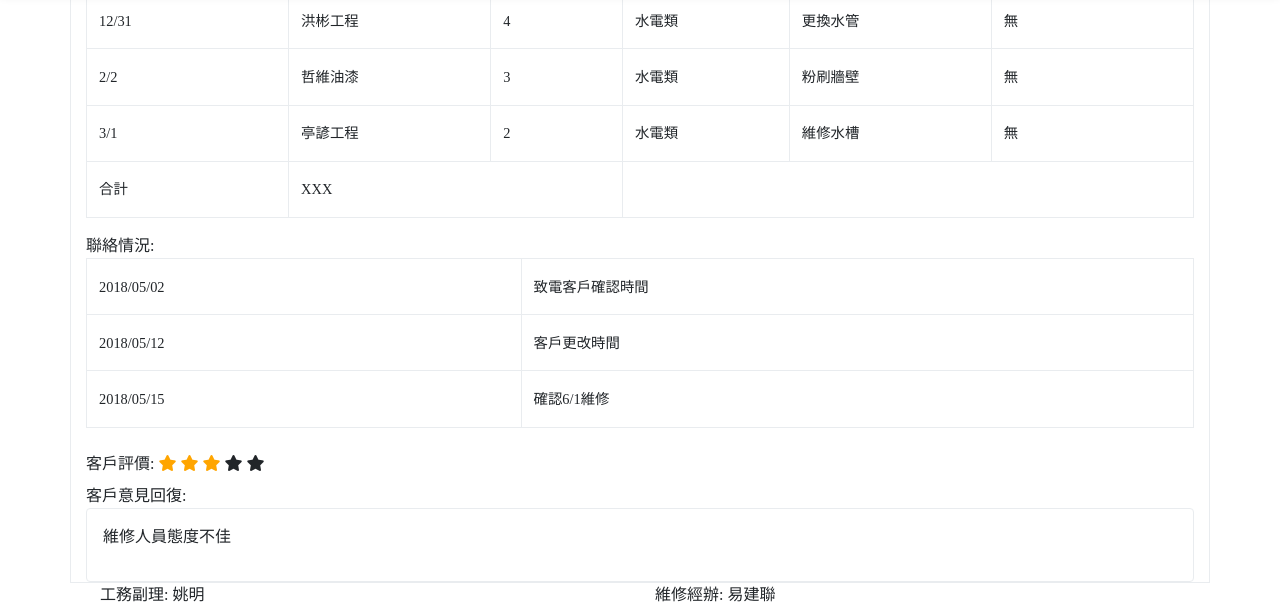
Repository: daniel888808/106hyl
Page: pc/MDB Pro1/casefinal.html
The author's editor kept a record of every edit. The page is drawn from the files as they stood at one moment, then again after the next edit.
The browser window is 1280 px wide. The pictures show the part of the page from y = 333 to 1007 px (the page is 940 px tall before and 1007 px after).
A picture or video elsewhere on the page could not be fetched, so the positions and the page height are approximate. Some web libraries are served in a nearby version.

Above is the page before.
Console error: TypeError: Cannot read properties of null (reading 'classList')
Not found: pc/MDB Pro1/css/indexpage.css

### pc/MDB Pro1/casefinal.html
<!DOCTYPE html>
<html lang="en">

<head>
    <meta charset="utf-8">
    <meta name="viewport" content="width=device-width, initial-scale=1, shrink-to-fit=no">
    <meta http-equiv="x-ua-compatible" content="ie=edge">
    <title>華友聯index</title>
    <!-- Font Awesome -->
    <link rel="stylesheet" href="https://maxcdn.bootstrapcdn.com/font-awesome/4.7.0/css/font-awesome.min.css">
    <!-- Bootstrap core CSS -->
    <link href="css/bootstrap.min.css" rel="stylesheet">
    <!-- Material Design Bootstrap -->
    <link href="css/mdb.min.css" rel="stylesheet">
    <!-- Your custom styles (optional) -->
    <link href="css/style.css" rel="stylesheet">
    <link href="css/star.css" rel="stylesheet">
    <link href="css/indexpage.css" rel="stylesheet">
</head>

<body>
    <header>
        <nav class="navbar navbar-expand-lg navbar-dark bg-dark flex w-100 z-index999">
            <a class="navbar-brand" href="E_manage.html"><img src="http://www.huayulien.com/wp-content/uploads/2015/04/H-logo-e1429491876768.png" class="img-fluid flex-center"></a>

            <ul class="navbar-nav nav-flex-icons mr-auto">

                <li class="nav-item">
                    <a href="All_manage.html" class="nav-link">
                        <p class="white-text">使用者管理</p>
                    </a>
                </li>

                <li class="nav-item ">
                    <a href="C_manage.html" class="nav-link">
                        <p class="white-text">案件管理</p>
                    </a>
                </li>

                <li class="nav-item ">
                    <a href="RC_manage.html" class="nav-link">
                        <p class="white-text">廠商管理</p>
                    </a>
                </li>

                <li class="nav-item ">
                    <a href="Com_manage.html" class="nav-link">
                        <p class="white-text">建案管理</p>
                    </a>
                </li>
            </ul>


            <ul class="navbar-nav nav-flex-icons ml-auto">
                <li class="dropdown ">
                    <a class="nav-link dropdown-toggle " href="#" id="navbarDropdownMenuLink" data-toggle="dropdown" aria-haspopup="true" aria-expanded="false">
                        <i class="fa fa-bell white-text fa-10x mt-1" aria-hidden="true"></i>
                    </a>
                    <div class="dropdown-menu dropdown-menu-right mt-2" aria-labelledby="navbarDropdownMenuLink">
                        <a class="dropdown-item" href="case.html">編號:B123456----案件已逾期</a>
                        <a class="dropdown-item" href="case.html">編號:C983147----案件已逾期</a>
                        <a class="dropdown-item" href="case.html">編號:F373991----案件已逾期</a>
                    </div>
                </li>



                <li class="dropdown">
                    <a class="nav-link dropdown-toggle" href="#" id="navbarDropdownMenuLink" data-toggle="dropdown" aria-haspopup="true" aria-expanded="false">
                        <i class="fa fa-user-circle fa-2x white-text" aria-hidden="true"></i>
                    </a>
                    <div class="dropdown-menu dropdown-menu-right mt-2" aria-labelledby="navbarDropdownMenuLink">
                        <a class="dropdown-item" href="#">登出</a>
                    </div>
                </li>
            </ul>

        </nav>
    </header>
    <div class="container " style="padding-top:75px">
        <div class="row border boxShadow mt-4">
            <div class="col-12">
                <div class="row">
                    <div class="col-4">
                        <span>案名: JIA</span>
                    </div>
                    <div class="col-4">
                        <span></span>
                    </div>
                    <div class="col-4">
                        <span>編號: 1070001</span>
                    </div>
                </div>
            </div>
            <div class="col-12">
                <div class="row">
                    <div class="col-4">
                        <span>受理日期:</span>
                        <span>2017/01/02</span>
                    </div>
                    <div class="col-4">
                        <span>完成日期:</span>
                        <span>2017/01/30</span>
                    </div>
                    <div class="col-4">
                        <span>保固期限:</span>
                        <span>2017/05/02</span>
                    </div>
                </div>
            </div>
            <div class="col-12">
                <div class="row">
                    <div class="col-4">
                        <span>戶號: A5-2</span>
                    </div>
                    <div class="col-4">
                        <span>客戶名稱: 高先生</span>
                    </div>
                    <div class="col-4">
                        <span>聯絡人: 高先生</span>
                    </div>
                </div>
            </div>
            <div class="col-12">
                <div class="row">
                    <div class="col-4">
                        <span>電話: 735-4496</span>
                    </div>
                    <div class="col-4">

                    </div>
                    <div class="col-4">
                        <span>維修類型:水電類</span>
                    </div>
                </div>
            </div>
            <div class="col-12">
                <div class="row">
                    <div class="col-12">
                        <span>地址: 高雄市中華路132號</span>
                    </div>
                </div>
            </div>
            <div class="col-12">
                <div class="row">
                    <div class="col-6">
                        <span>維修項目:</span>
                    </div>
                    <div class="col-6">
                        <span>原因:</span>
                    </div>
                </div>
            </div>
            <div class="col-12">
                <div class="row">
                    <div class="col-1">
                        <span></span>
                    </div>
                    <div class="col-5">
                        <span>大門下垂</span>
                    </div>
                    <div class="col-1">
                        <span></span>
                    </div>
                    <div class="col-5">
                        <span>老舊</span>
                    </div>
                </div>
            </div>
            <div class="col-12">
                <table class="table table-bordered">
                    <thead>
                        <tr>
                            <th class="font30">施工日期</th>
                            <th class="font30">施工廠商</th>
                            <th class="font30">工時</th>
                            <th class="font30">類別</th>
                            <th class="font30">維修內容</th>
                            <th class="font30">維修進度</th>
                        </tr>
                    </thead>
                    <tbody>
                        <tr>
                            <th class="font30" scope="row">12/31</th>
                            <td class="font30">洪彬工程</td>
                            <td class="font30">4</td>
                            <td class="font30">水電類</td>
                            <td class="font30">更換水管</td>
                            <td class="font30">無</td>
                        </tr>
                        <tr>
                            <th class="font30" scope="row">2/2</th>
                            <td class="font30">哲維油漆</td>
                            <td class="font30">3</td>
                            <td class="font30">水電類</td>
                            <td class="font30">粉刷牆壁</td>
                            <td class="font30">無</td>
                        </tr>
                        <tr>
                            <th class="font30" scope="row">3/1</th>
                            <td class="font30">亭諺工程</td>
                            <td class="font30">2</td>
                            <td class="font30">水電類</td>
                            <td class="font30">維修水槽</td>
                            <td class="font30">無</td>
                        </tr>
                        <tr>
                            <th class="font30" scope="row" colsoan="3">合計</th>
                            <td class="font30" colspan="2">XXX</td>
                        </tr>
                    </tbody>
                    <!--Table body-->
                </table>
            </div>
            <div class="col-12 ">
                <div class="row">
                    <div class="col-12">
                        <span>聯絡情況:</span>
                    </div>
                    <div class="col-12">
                        <table class="table table-bordered">
                            <tr>
                                <th class="font30">2018/05/02</th>
                                <th class="font30">致電客戶確認時間</th>
                            </tr>
                            <tr>
                                <th class="font30">2018/05/12</th>
                                <th class="font30">客戶更改時間</th>
                            </tr>
                            <tr>
                                <th class="font30">2018/05/15</th>
                                <th class="font30">確認6/1維修</th>
                            </tr>
                        </table>
                    </div>
                </div>
            </div>
            <div class="col-12 mt-2 ">
                客戶評價:
                <!--沒辦法就暫時用這個簡單版的 -->
                <span class="fa fa-star checked"></span>
                <span class="fa fa-star checked"></span>
                <span class="fa fa-star checked"></span>
                <span class="fa fa-star"></span>
                <span class="fa fa-star"></span>
                <!--沒辦法就暫時用這個簡單版的 -->
            </div>
            <div class="col-12 mt-2 ">
                客戶意見回復:
                <div class="col-12 border boxShadow rounded p-3">
                    <p class="font30">維修人員態度不佳</p>
                </div>
            </div>
        </div>
        <div class="col-12">
            <div class="row">
                <div class="col-6">
                    <span>工務副理: 姚明</span>
                </div>
                <div class="col-6">
                    <span>維修經辦: 易建聯</span>
                </div>
            </div>
        </div>
    </div>


    <!-- SCRIPTS -->
    <!-- JQuery -->
    <script type="text/javascript" src="js/jquery-3.2.1.min.js"></script>
    <!-- Bootstrap tooltips -->
    <script type="text/javascript" src="js/popper.min.js"></script>
    <!-- Bootstrap core JavaScript -->
    <script type="text/javascript" src="js/bootstrap.min.js"></script>
    <!-- MDB core JavaScript -->
    <script type="text/javascript" src="js/mdb.min.js"></script>
    <script>
    </script>


    <script>
        // SideNav Button Initialization
        $(".button-collapse").sideNav();
        // SideNav Scrollbar Initialization
        var sideNavScrollbar = document.querySelector('.custom-scrollbar');
        Ps.initialize(sideNavScrollbar);
        // SideNav Options>
        $(function() {
            $('#myTab a:last').tab('show')
        });
        $(function() {
            $('#myTab a:last').tab('show')
        });

        $(document).ready(function() {
            $('.mdb-select').material_select();
        });
    </script>


</body>

</html>

### pc/MDB Pro1/css/style.css
body,
html {
    font-family: 微軟正黑體 Ariel;
}


textarea {
    resize: none;
}

.col-5.mt-2.p-4,
.border.boxShadow.position-fixed.py-3.px-4,
.border.position-fixed.rounded,
.col-md-4.col-lg-4.mt-2.p-4 {
    box-shadow: 0px 0px 20px #2b282823;
}

.col-5.boxShadow.mt-2.p-4 h1 {
    font-weight: 600;
}

.bold {
    font-weight: 900;
}

label {
    font-weight: bold;
}

.tableBorder {
    border: solid 1px #dadee5;
    border-left: none;
}

.tableWhite {
    border: solid 2px #FFF;
}

.rounded {
    border-radius: 20px;
}

.navbar.fixed-top.navbar-toggleable-md {
    max-height: 75px;
}

.maxHeight {
    min-Height: calc(100vh - 75px);
}

.w-200 {
    width: 200px;
}

.flex {
    position: fixed;
}

.none {
    list-style-type: none;
}

a.waves-effect.pl-3.py-2 {
    color: white;
}

a.waves-effect.pl-3.py-2:hover {
    background-color: #222;
    color: #C0C0C0;
    border: 1px solid white;
}

.borderB {
    border-bottom: 2px solid #C0C0C0;
    box-shadow: 0px 5px 10px #C0C0C0;
}

.z-index999 {
    z-index: 999;
}

.top-75 {
    top: 75px;
}

.overflow1 {
    overflow-x: scroll;
    overflow-x: hidden;
    height: 30px;
}

.overFlow2 {
    overflow-x: scroll;
    overflow-x: hidden;
    height: 70vh;
}

.w-90 {
    width: 90%;
}
.w-5 {
    width: 5%;
}
.w-8 {
    width: 10%;
}
.w-10 {
    width: 10%;
}

.w-14 {
    width: 14%;
}

.w-15 {
    width: 15%;
}
.w-16{
    width:16%;
}
.w-17{
    width:17%;
}
.w-18{
    width:18%;
}
.w-20 {
    width: 20%;
}

.w-23 {
    width: 23%;
}

.w-24 {
    width: 24%;
}

.w-27 {
    width: 27%;
}

.dropdown-toggle::after {
    display: none;
}

.fa-10x {
    font-size: 22px;
}

### pc/MDB Pro1/css/star.css
@import url(//netdna.bootstrapcdn.com/font-awesome/3.2.1/css/font-awesome.css);

fieldset,
label {
    margin: 0;
    padding: 0;
}


/****** Style Star Rating Widget *****/

.rating {
    border: none;
    float: left;
}

.rating>input {
    display: none;
}

.rating>label:before {
    margin: 5px;
    font-size: 1.25em;
    font-family: FontAwesome;
    display: inline-block;
    content: "\f005";
}

.rating>.half:before {
    content: "\f089";
    position: absolute;
}

.rating>label {
    color: #ddd;
    float: right;
}

/***** CSS Magic to Highlight Stars on Hover *****/

.rating>input:checked~label,
/* show gold star when clicked */

.rating:not(:checked)>label:hover,
/* hover current star */

.rating:not(:checked)>label:hover~label {
    color: #FFD700;
}

/* hover previous stars in list */

.rating>input:checked+label:hover,
/* hover current star when changing rating */

.rating>input:checked~label:hover,
.rating>label:hover~input:checked~label,
/* lighten current selection */

.rating>input:checked~label:hover~label {
    color: #FFED85;
}







/* 簡單版的*/

.checked {
    color: orange;
}

/* 簡單版的*/

Loaded but not shown: pc/MDB Pro1/css/bootstrap.min.css (library); pc/MDB Pro1/css/mdb.min.css (library); pc/MDB Pro1/js/jquery-3.2.1.min.js (library); pc/MDB Pro1/js/popper.min.js (library); pc/MDB Pro1/js/bootstrap.min.js (library); pc/MDB Pro1/js/mdb.min.js (library)

After the next edit:
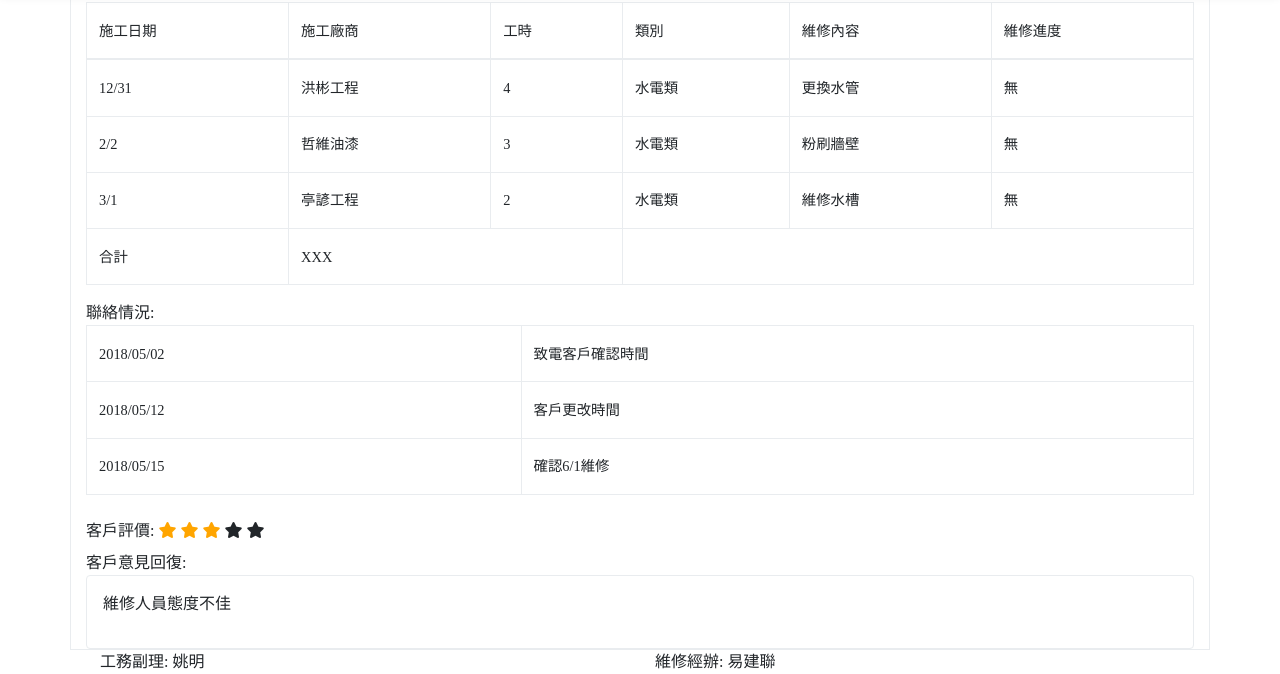
The edit:
--- a/pc/MDB Pro1/casefinal.html
+++ b/pc/MDB Pro1/casefinal.html
@@ -143,27 +143,22 @@
             </div>
             <div class="col-12">
                 <div class="row">
-                    <div class="col-6">
-                        <span>維修項目:</span>
-                    </div>
-                    <div class="col-6">
+                    <div class="col-12">
+                        <span>維修項目: 大門損壞</span>
+                    </div>
+                </div>
+            </div>
+            <div class="col-12">
+                <div class="row">
+                    <div class="col-12">
                         <span>原因:</span>
                     </div>
                 </div>
             </div>
             <div class="col-12">
                 <div class="row">
-                    <div class="col-1">
-                        <span></span>
-                    </div>
-                    <div class="col-5">
-                        <span>大門下垂</span>
-                    </div>
-                    <div class="col-1">
-                        <span></span>
-                    </div>
-                    <div class="col-5">
-                        <span>老舊</span>
+                    <div class="col-12">
+                        <textarea class="form-control rounded-0" id="exampleFormControlTextarea1" rows="10" placeholder=" 因長年使用而有老舊且損壞的現象" disabled></textarea>
                     </div>
                 </div>
             </div>
